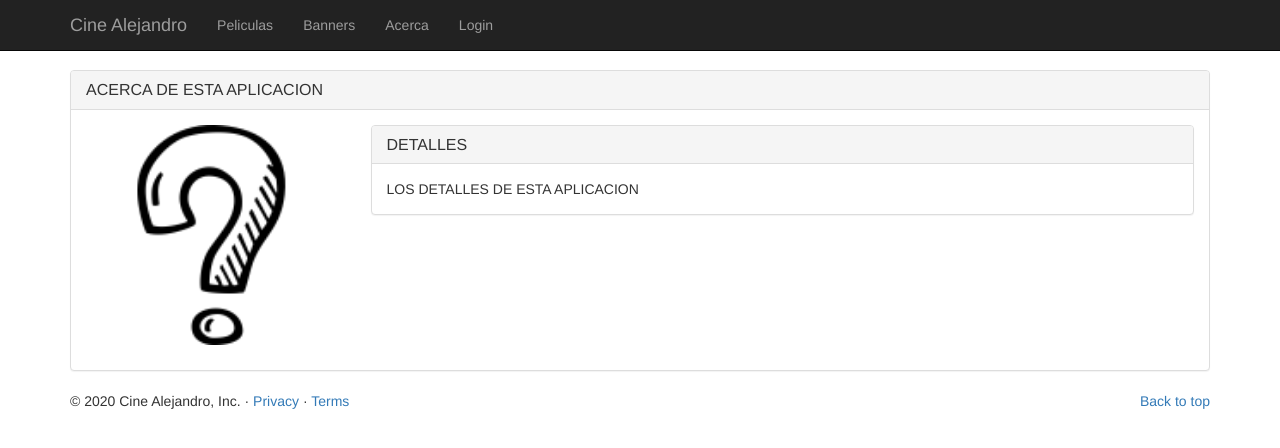
Repository: alejandroBravot/cineSpring
Page: http://localhost/cineapp/WEB-INF/views/acerca.jsp
An editor plug-in stored every save of this project. The page is shown before and after the next save, followed by the edit.
The browser window is 1280 px wide. The pictures show the whole page.
The page is served by Tomcat 9. Nobody is signed in. Other server files are loaded and not shown. The template is opened directly, without the code that normally fills it, so the values that code supplies are empty.

Above is the page before, as saved 2020-03-30 11:04:13.

### cineapp/webapp/WEB-INF/views/acerca.jsp
<!DOCTYPE html>
<html lang="en">
	<head>
		<meta charset="utf-8">
		<meta http-equiv="X-UA-Compatible" content="IE=edge">
		<meta name="viewport" content="width=device-width, initial-scale=1">
		<meta name="description" content="">
		<meta name="author" content="">
		<title>Acerca</title>

		<link href="bootstrap/css/bootstrap.min.css" rel="stylesheet">
		<link href="bootstrap/css/theme.css" rel="stylesheet">

	</head>

	<body>

		<jsp:include page="includes/menu.jsp"></jsp:include>

		<div class="container theme-showcase" role="main">

			<div class="panel panel-default">
				<div class="panel-heading">
					<h3 class="panel-title">ACERCA DE ESTA APLICACION</h3>
				</div>
				<div class="panel-body">
					<div class="row">
						<div class="col-sm-3">
							<p class="text-center">
								<img class="img-rounded" src="images/acerca.png" alt="Generic placeholder image" height="220">
							</p>
						</div>
						<div class="col-sm-9">
							<div class="panel panel-default">
								<div class="panel-heading">
									<h3 class="panel-title">DETALLES</h3>
								</div>
								<div class="panel-body">
									LOS DETALLES DE ESTA APLICACION
								</div>
							</div>
						</div>
					</div>
				</div>
			</div>

			<jsp:include page="includes/footer.jsp"></jsp:include>

		</div> <!-- /container -->

		<!-- Bootstrap core JavaScript
		================================================== -->
		<!-- Placed at the end of the document so the pages load faster -->
		<script src="https://ajax.googleapis.com/ajax/libs/jquery/1.12.4/jquery.min.js"></script>
		<script src="bootstrap/js/bootstrap.min.js"></script>
	</body>
</html>

### cineapp/webapp/WEB-INF/views/includes/menu.jsp
<%@ page language="java" contentType="text/html; charset=ISO-8859-1"
	pageEncoding="ISO-8859-1"%>
<%@taglib uri="http://java.sun.com/jsp/jstl/core" prefix="c"%>
<%@taglib uri="http://java.sun.com/jsp/jstl/fmt" prefix="fmt"%>
<%@taglib uri="http://www.springframework.org/tags" prefix="spring"%>
<!-- -----------------------MENU---------------------------------------------- -->
	<spring:url value="/" var="urlRoot"/>
	<nav class="navbar navbar-inverse navbar-fixed-top">
		<div class="container">
			<div class="navbar-header">
				<button type="button" class="navbar-toggle collapsed"
					data-toggle="collapse" data-target="#navbar" aria-expanded="false"
					aria-controls="navbar">
					<span class="sr-only">Toggle navigation</span> <span
						class="icon-bar"></span> <span class="icon-bar"></span> <span
						class="icon-bar"></span>
				</button>
				<a class="navbar-brand" href="${urlRoot}">Cine Alejandro</a>
			</div>
			<div id="navbar" class="navbar-collapse collapse">
				<ul class="nav navbar-nav">
					<li><a href="${urlRoot}peliculas/index">Peliculas</a></li>
					<li><a href="${urlRoot}banners/index">Banners</a></li>
					<li><a href="#">Acerca</a></li>
					<li><a href="#">Login</a></li>
				</ul>
			</div>
			<!--/.nav-collapse -->
		</div>
	</nav>

### cineapp/webapp/WEB-INF/views/includes/footer.jsp
	<!-- FOOTER -->
		<footer>
			<p class="pull-right">
				<a href="#">Back to top</a>
			</p>
			<p>
				&copy; 2020 Cine Alejandro, Inc. &middot; <a href="#">Privacy</a>
				&middot; <a href="#">Terms</a>
			</p>
		</footer>

Loaded but not shown: cineapp/webapp/resources/bootstrap/css/bootstrap.min.css (library); cineapp/webapp/resources/bootstrap/css/theme.css (common file); cineapp/webapp/resources/bootstrap/js/bootstrap.min.js (library)

After the next save:
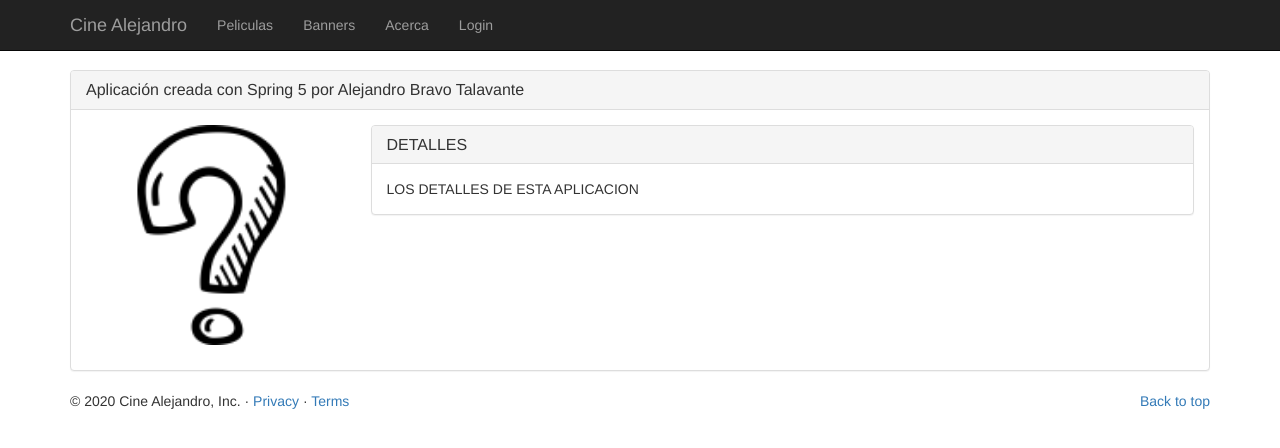
Saved 31 s later.
--- a/cineapp/webapp/WEB-INF/views/acerca.jsp
+++ b/cineapp/webapp/WEB-INF/views/acerca.jsp
@@ -21,7 +21,7 @@
 
 			<div class="panel panel-default">
 				<div class="panel-heading">
-					<h3 class="panel-title">ACERCA DE ESTA APLICACION</h3>
+					<h3 class="panel-title">Aplicación creada con Spring 5 por Alejandro Bravo Talavante</h3>
 				</div>
 				<div class="panel-body">
 					<div class="row">
